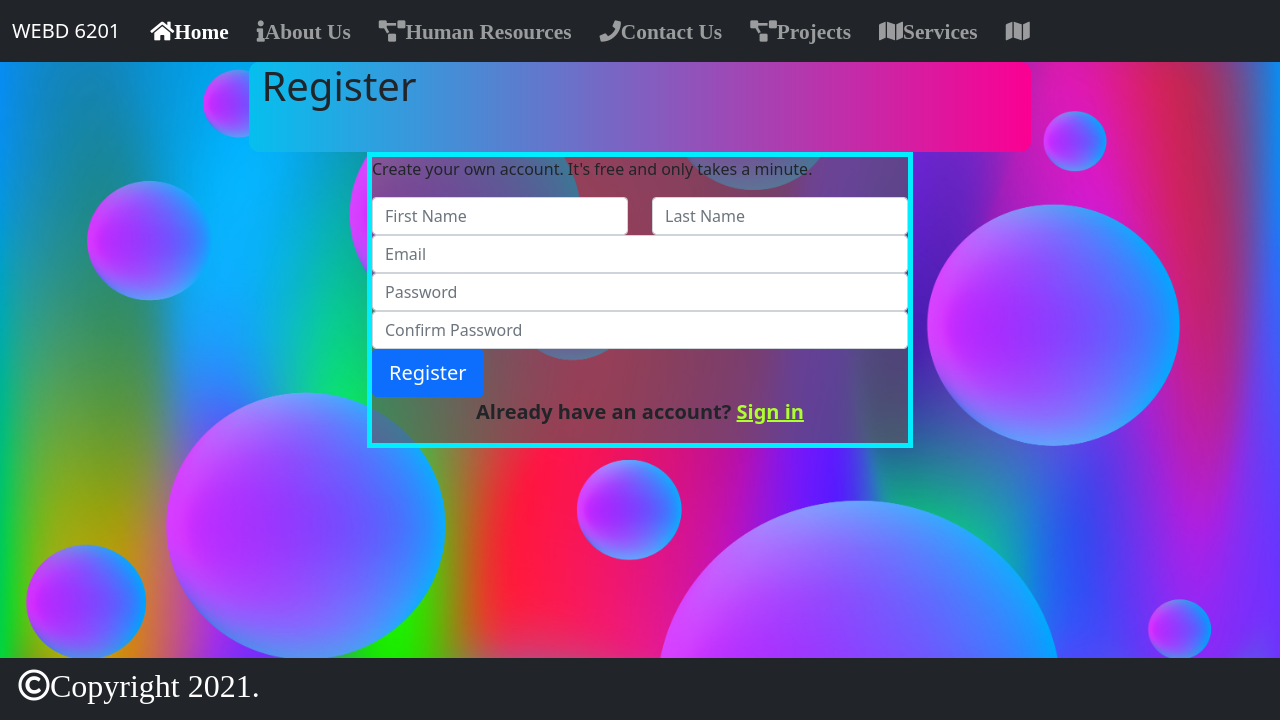
Repository: vans12345678/WEBD6201-W2021-Lab2
Page: register.html
These files come from the project's save history. The page is drawn as it stood at one moment and after the next save; the edit follows.
The browser window is 1280 px wide. The pictures show the whole page.

Above is the page before, as saved 2021-02-24 18:37:22.

After the next save:
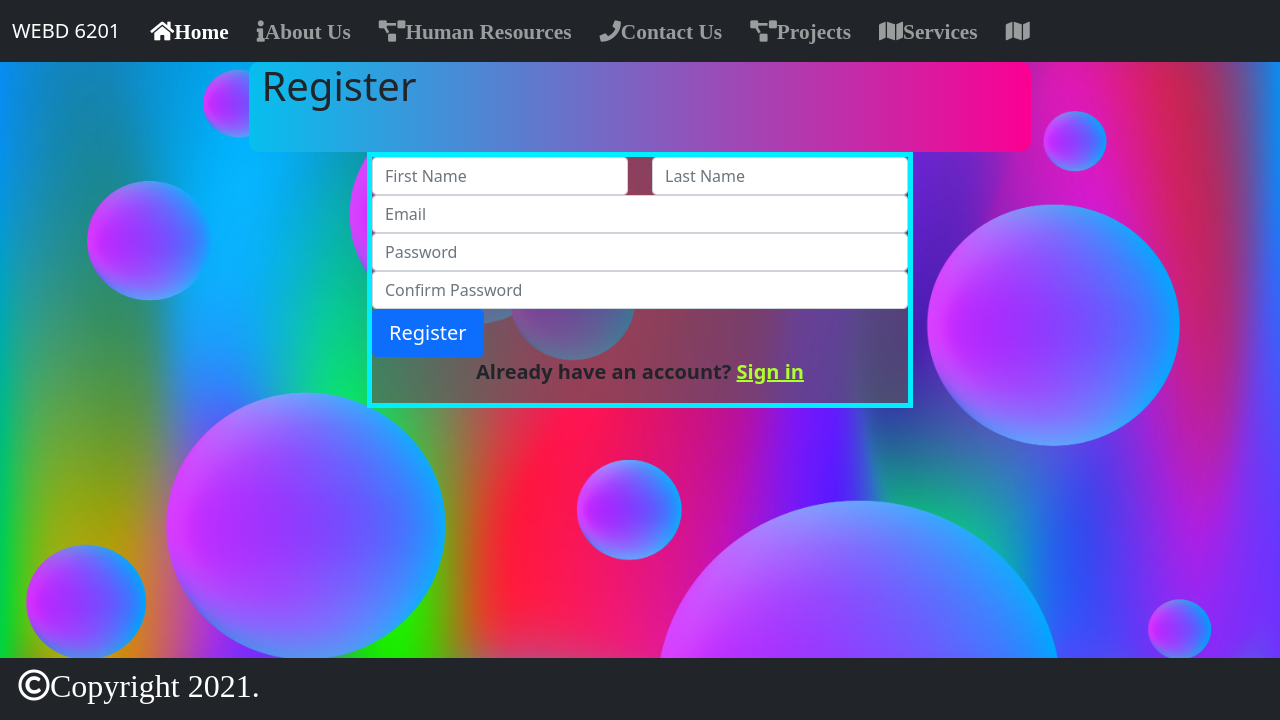
Saved 20 s later.
--- a/register.html
+++ b/register.html
@@ -52,7 +52,6 @@
             <div class="offset-md-3 col-md-6 col-sm-12">
                   <div class="login" id="contentArea"></div>
                       <form class = "fromBackground" id="registerForm" novalidate>
-                        <p class="hint-text">Create your own account. It's free and only takes a minute.</p>
                         <div class="form-group">
                           <div class="row">
                             <div class="col-md-6">
